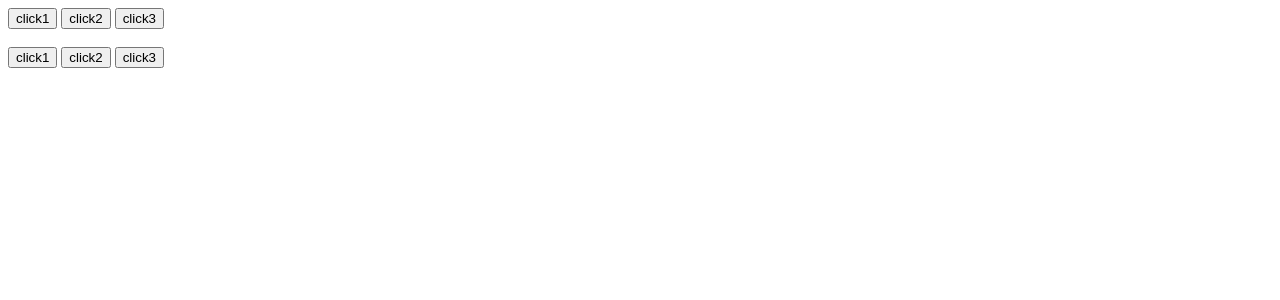
Repository: mirror-neuron/JsonStudy
Page: JsonApp01/WebContent/JsonTest10.html
An editor plug-in stored every save of this project. The page is shown before and after the next save, followed by the edit.
The browser window is 1280 px wide. The pictures show the whole page.

Above is the page before, as saved 2019-05-31 06:45:46.

After the next save:
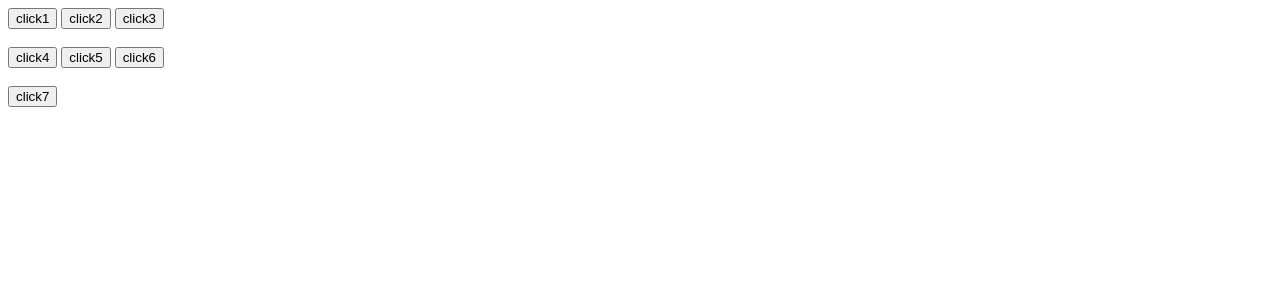
Saved 38 s later.
--- a/JsonApp01/WebContent/JsonTest10.html
+++ b/JsonApp01/WebContent/JsonTest10.html
@@ -30,14 +30,15 @@
 	<!-- test1, test2, 123, 124 -->
 	<br><br>
 
-	<input type="button" value="click1" onclick="alert(typeof obj6)"/>
+	<input type="button" value="click4" onclick="alert(typeof obj6)"/>
 	<!-- object -->
-	<input type="button" value="click2" onclick="alert(typeof obj6_1)"/>
+	<input type="button" value="click5" onclick="alert(typeof obj6_1)"/>
 	<!-- object -->
-	<input type="button" value="click3" onclick="alert(typeof obj6_2)"/>
+	<input type="button" value="click6" onclick="alert(typeof obj6_2)"/>
 	<!-- object -->
 	<br><br>
 
+	<input type="button" value="click7" onclick="alert()"/>
 
 
 </form>
